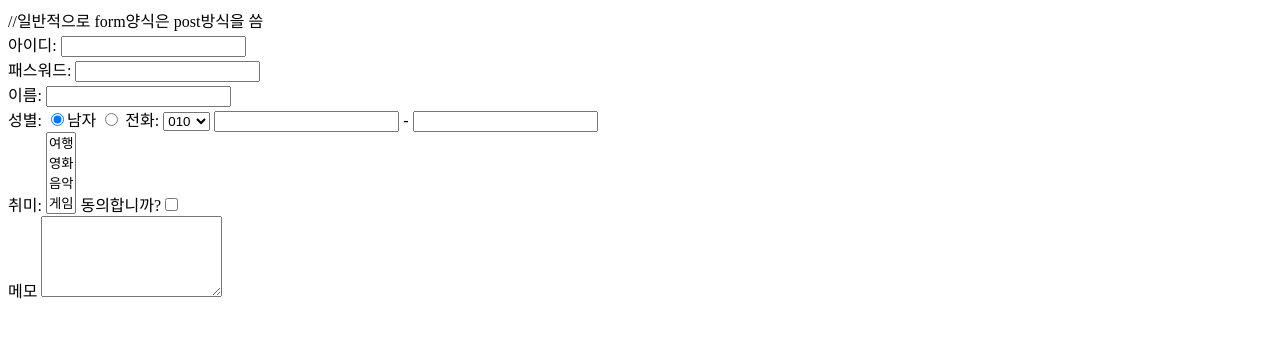
Repository: ProSleeper/itwill
Page: http://localhost/study/day1/test2.jsp
The author's editor kept a copy of each file at every save. The page is drawn from the files as they stood at one save, then again after the next save.
The browser window is 1280 px wide. The pictures show the whole page.
The page is served by Tomcat 9.

Above is the page before, as saved 2022-07-18 02:12:48.

After the next save:
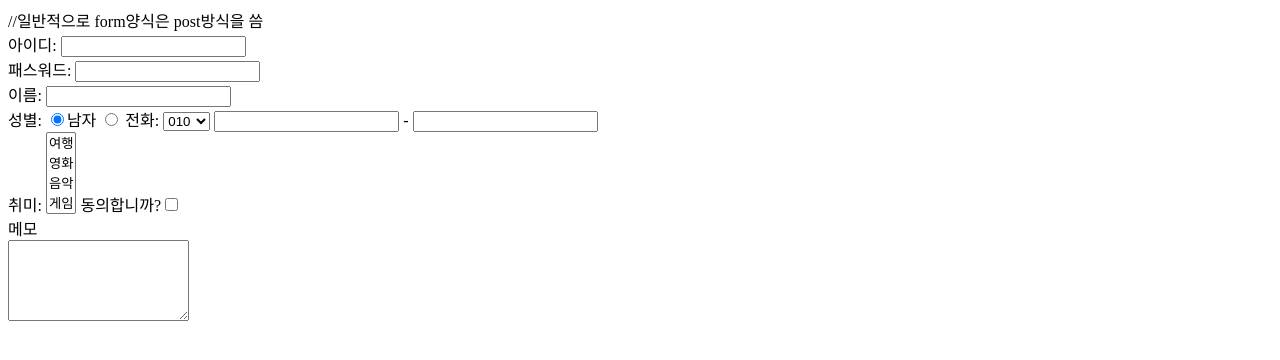
Saved 13 s later.
--- a/study/WebContent/day1/test2.jsp
+++ b/study/WebContent/day1/test2.jsp
@@ -29,8 +29,10 @@
 			<option value="음악">음악</option>
 			<option value="게임">게임</option>
 
-		</select> 동의합니까?<input type="checkbox" name="agreeChk" value="Y"><br />
-		메모
+		</select>
+		동의합니까?<input type="checkbox" name="agreeChk" value="Y"><br />
+
+		메모<br/>
 		<textarea rows="5" cols="20" name="memo"></textarea>
 
 
